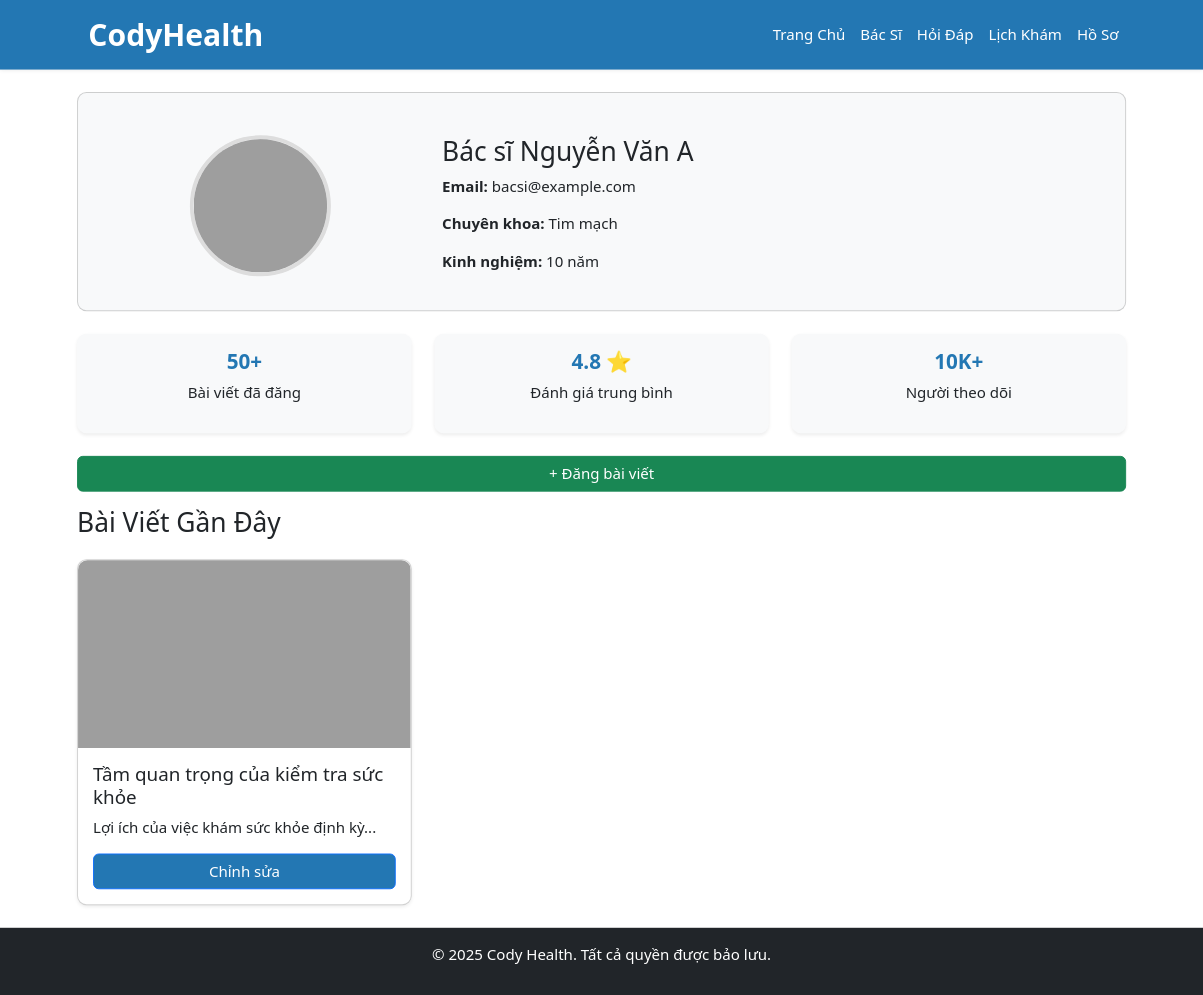
Repository: JonesKhaii/CodySocial
Page: tests/web-test/account.html
An editor plug-in stored every save of this project. The page is shown before and after the next save, followed by the edit.
The browser window is 1280 px wide. The pictures show the whole page, at 94% of full size.
Pictures or frames that could not be fetched are drawn as grey boxes.

Above is the page before, as saved 2025-02-10 02:26:04.

### tests/web-test/account.html
<!DOCTYPE html>
<html lang="vi">
    <head>
        <title>Hồ Sơ Bác Sĩ</title>
        <meta charset="UTF-8" />
        <meta name="viewport" content="width=device-width, initial-scale=1.0" />
        <link
            href="https://cdn.jsdelivr.net/npm/bootstrap@5.2.3/dist/css/bootstrap.min.css"
            rel="stylesheet"
        />
        <link rel="stylesheet" href="asset/css/mystyle.css" />
        <script src="https://code.jquery.com/jquery-3.6.1.min.js"></script>
    </head>

    <body>
        <header
            class="navbar navbar-expand-lg navbar-light bg-primary shadow-sm"
        >
            <div class="container">
                <a class="navbar-brand fs-2 text-white" href="index.html"
                    >CodyHealth</a
                >
                <button
                    class="navbar-toggler"
                    type="button"
                    data-bs-toggle="collapse"
                    data-bs-target="#navbarNav"
                >
                    <span class="navbar-toggler-icon"></span>
                </button>
                <div class="collapse navbar-collapse" id="navbarNav">
                    <ul class="navbar-nav ms-auto">
                        <li class="nav-item">
                            <a class="nav-link text-white" href="index.html"
                                >Trang Chủ</a
                            >
                        </li>
                        <li class="nav-item">
                            <a class="nav-link text-white" href="#">Bác Sĩ</a>
                        </li>
                        <li class="nav-item">
                            <a class="nav-link text-white" href="#">Hỏi Đáp</a>
                        </li>
                        <li class="nav-item">
                            <a class="nav-link text-white" href="#"
                                >Lịch Khám</a
                            >
                        </li>
                        <li class="nav-item">
                            <a class="nav-link text-white active" href="#"
                                >Hồ Sơ</a
                            >
                        </li>
                    </ul>
                </div>
            </div>
        </header>

        <div class="container mt-4">
            <!-- Hồ sơ bác sĩ -->
            <div class="card profile-card p-4 mb-4">
                <div class="row">
                    <div class="col-md-4 text-center">
                        <img
                            src="asset/images/doctor.jpg"
                            class="profile-img rounded-circle"
                            alt="Bác sĩ"
                        />
                    </div>
                    <div class="col-md-8">
                        <h3>Bác sĩ Nguyễn Văn A</h3>
                        <p><strong>Email:</strong> bacsi@example.com</p>
                        <p><strong>Chuyên khoa:</strong> Tim mạch</p>
                        <p><strong>Kinh nghiệm:</strong> 10 năm</p>
                    </div>
                </div>
            </div>

            <!-- Thống kê nhanh -->
            <div class="row mb-4">
                <div class="col-md-4">
                    <div class="stat-card shadow-sm p-3 text-center">
                        <h4>50+</h4>
                        <p>Bài viết đã đăng</p>
                    </div>
                </div>
                <div class="col-md-4">
                    <div class="stat-card shadow-sm p-3 text-center">
                        <h4>4.8 ⭐</h4>
                        <p>Đánh giá trung bình</p>
                    </div>
                </div>
                <div class="col-md-4">
                    <div class="stat-card shadow-sm p-3 text-center">
                        <h4>10K+</h4>
                        <p>Người theo dõi</p>
                    </div>
                </div>
            </div>

            <!-- Nút đăng bài -->
            <button id="togglePostForm" class="btn btn-success w-100 mb-3">
                + Đăng bài viết
            </button>

            <!-- Form đăng bài viết (Ẩn mặc định) -->
            <div
                id="postArticleSection"
                class="card p-4 mb-4"
                style="display: none"
            >
                <h3>Đăng bài viết mới</h3>
                <form id="postArticleForm">
                    <div class="mb-3">
                        <label for="articleTitle" class="form-label"
                            >Tiêu đề bài viết</label
                        >
                        <input
                            type="text"
                            class="form-control"
                            id="articleTitle"
                            required
                        />
                    </div>
                    <div class="mb-3">
                        <label for="articleCategory" class="form-label"
                            >Chuyên mục</label
                        >
                        <select class="form-select" id="articleCategory">
                            <option>Sức khỏe tổng quát</option>
                            <option>Tim mạch</option>
                            <option>Dinh dưỡng</option>
                        </select>
                    </div>
                    <div class="mb-3">
                        <label for="articleImage" class="form-label"
                            >Hình ảnh</label
                        >
                        <input
                            type="file"
                            class="form-control"
                            id="articleImage"
                        />
                    </div>
                    <div class="mb-3">
                        <label for="articleContent" class="form-label"
                            >Nội dung</label
                        >
                        <textarea
                            class="form-control"
                            id="articleContent"
                            rows="4"
                            required
                        ></textarea>
                    </div>
                    <button type="submit" class="btn btn-success">
                        Đăng bài viết
                    </button>
                </form>
            </div>

            <!-- Danh sách bài viết gần đây -->
            <h3 class="mb-3">Bài Viết Gần Đây</h3>
            <div class="row" id="DoctorArticles">
                <div class="col-md-4">
                    <div class="card shadow-sm">
                        <img
                            src="asset/images/post/article1.jpg"
                            class="card-img-top"
                            alt="Bài viết 1"
                        />
                        <div class="card-body">
                            <h5 class="card-title">
                                Tầm quan trọng của kiểm tra sức khỏe
                            </h5>
                            <p class="card-text">
                                Lợi ích của việc khám sức khỏe định kỳ...
                            </p>
                            <button class="btn btn-primary w-100">
                                Chỉnh sửa
                            </button>
                        </div>
                    </div>
                </div>
            </div>
        </div>

        <footer class="footer text-white text-center mt-4 p-3 bg-dark">
            <p>© 2025 Cody Health. Tất cả quyền được bảo lưu.</p>
        </footer>

        <script src="asset/js/main.js"></script>
    </body>
</html>

### tests/web-test/asset/css/mystyle.css
.btn-primary {
    background-color: #2377b3 !important;
}
header.bg-primary {
    background-color: #2377b3 !important;
}
.navbar-toggler {
    border-color: #fff; /* Đổi màu viền thành trắng */
}

.navbar-toggler-icon {
    filter: invert(1); /* Đảo màu từ đen sang trắng */
}

/*General*/
h1 {
    color: #05223c;
    font-weight: bold;
}

h4 {
    color: #05223c;
    font-weight: bold;
}

.container-fluid {
    margin-top: 4%;
    margin-bottom: 2%;
}

.col-4 > p {
    margin-top: 3%;
    margin-bottom: 1%;
}

.col-4 > p > ol {
    margin-bottom: 1%;
}

.row {
    margin-top: 2% !important;
}

.col-12 > h1 {
    text-align: center;
}
/*End General*/

/*Header*/
header > .navbar {
    padding: 0px;
    border-top: 10px solid #747474;
    border-bottom: 10px solid #747474;
}

.Header {
    background-color: #747474;
    padding: 0px;
    margin: 0px;
}

#navbarSupportedContent {
    flex-grow: 0;
}

.navbar-toggler {
    margin-right: 12px;
    float: right;
}
header .navbar-brand {
    font-weight: 700;
    margin-left: 12px;
    width: 40px;
}
/*End Header*/

/* Dãy banner nhỏ */
.small-banner {
    width: 100%;
    height: 120px;
    object-fit: cover;
    border-radius: 10px;
    transition: transform 0.3s ease-in-out;
}

.small-banner:hover {
    transform: scale(1.05);
}

/*Body*/
form.nosubmit {
    border: none;
    padding: 0;
}

input.nosubmit {
    border-radius: 10px;
    width: 98%;
    border: 1px solid #555;
    display: block;
    padding: 9px 4px 9px 40px;
    background: transparent
        url("data:[embedded picture, 348 characters]")
        no-repeat 13px center;
}

#Ordem > option,
#Genero > option {
    text-align: left;
}

#Ordem,
#Genero {
    margin-right: 4%;
    float: right;
    border: 1px solid black;
    color: #5b5b5b;
    font-weight: bold;
}

#Games > div > img {
    width: 100%;
    height: 250px;
}

#Games > div {
    margin-top: 2%;
}

#Games > div > a {
    margin-top: 1.5%;
    color: black;
    text-decoration: none;
    font-size: 1.25rem;
    margin-top: 0;
    margin-bottom: 0.5rem;
    font-weight: 500;
    line-height: 1.2;
}

#Games > div > a:hover {
    color: gray;
}

#Publisher > div > img {
    width: 100%;
    height: 250px;
}

#Desc > img {
    height: 450px;
}

/* Ảnh của bài viếtviết */

.card {
    border-radius: 10px;
    transition: transform 0.3s ease-in-out;
}

.card:hover {
    transform: scale(1.03);
}

.card-img-top {
    height: 200px;
    object-fit: cover;
    border-top-left-radius: 10px;
    border-top-right-radius: 10px;
}

/* Tác giả nổi bật */
#PopularAuthors {
    display: flex;
    flex-wrap: wrap;
    justify-content: center;
}

.author-card {
    background-color: #f8f9fa;
    border-radius: 10px;
    padding: 15px;
    text-align: center;
    margin: 10px;
    transition: transform 0.3s ease-in-out;
    width: 220px;
}

.author-card:hover {
    transform: scale(1.05);
}

.author-card img {
    width: 80px;
    height: 80px;
    border-radius: 50%;
    margin-bottom: 10px;
}

.author-card h5 {
    font-size: 18px;
    font-weight: bold;
}

.author-card p {
    font-size: 14px;
    color: #6c757d;
}

/*Footer*----------------------------------------------------------------------------------------------------------/
/* Footer */
.footer {
    background-color: #2377b3; /* Màu xanh chủ đạo */
    padding: 30px 0;
    font-size: 16px;
}

/* Tiêu đề */
.footer h4 {
    font-size: 20px;
    font-weight: bold;
    margin-bottom: 10px;
}

/* Mạng xã hội */
.social-icons a {
    display: inline-block;
    margin: 0 10px;
    transition: transform 0.3s ease-in-out;
}

.social-icons img {
    width: 30px;
    height: 30px;
}

.social-icons a:hover {
    transform: scale(1.2);
}

/* Bản quyền */
.copyright {
    border-top: 1px solid rgba(255, 255, 255, 0.2);
    padding-top: 15px;
    font-size: 14px;
}

/* Hồ sơ bác sĩ */
.profile-card {
    border-radius: 10px;
    background-color: #f8f9fa;
}
.profile-img {
    width: 150px;
    height: 150px;
    object-fit: cover;
    border: 4px solid #ddd;
}

/* Bài viết đã đăng */
/* Hồ sơ bác sĩ */
.profile-card {
    border-radius: 10px;
    background-color: #f8f9fa;
}
.profile-img {
    width: 150px;
    height: 150px;
    object-fit: cover;
    border: 4px solid #ddd;
}

/* Thống kê nhanh */
.stat-card {
    border-radius: 10px;
    background-color: #f8f9fa;
}
.stat-card h4 {
    font-size: 22px;
    font-weight: bold;
    color: #2377b3;
}

/* Hiệu ứng card */
.card {
    transition: transform 0.3s ease-in-out;
}
.card:hover {
    transform: scale(1.03);
}

/* RESPONSIVE ----------------------------------------------------------------------------------------------------------------*/
@media (max-width: 1200px) {
    #Games > div > img {
        height: 180px;
    }
    #Publisher > div > img {
        height: 180px;
    }
}

@media (max-width: 1065px) {
    #Desc > img {
        height: 450px;
    }
}

@media (max-width: 990px) {
    #Desc > img {
        height: 370px;
    }
}

@media (max-width: 768px) {
    #Games > div > img {
        height: 250px;
    }
    #Publisher > div > img {
        height: 250px;
    }
    #Desc > img {
        height: 270px;
    }
}

@media (max-width: 610px) {
    #Desc > img {
        height: 230px;
    }
}

@media (max-width: 450px) {
    #Games > div > img {
        height: 180px;
    }
    #Publisher > div > img {
        height: 180px;
    }
    #Desc > img {
        height: 180px;
    }
}

@media (max-width: 350px) {
    #Desc > img {
        height: 140px;
    }
}

@media (max-width: 990px) {
    #About > div > div > div > #Ico {
        width: 6%;
    }
    #About > div > div > div > #Social {
        width: 8%;
    }
}

@media (max-width: 760px) {
    #About > div > div > div > #Ico {
        width: 8%;
    }
    #About > div > div > div > #Social {
        width: 10%;
    }
}

footer {
    background-color: #b2b2b2;
    font-size: small;
    width: 100%;
}

footer > div > img {
    float: right;
    padding-right: 15px;
}
/*Fim Footer*/

### tests/web-test/asset/js/main.js
$(document).ready(function () {
    loadArticles(false, window.screen.width);
});

// Biến đếm số trang để tải thêm bài viết
var countArticles = 1;

// Sự kiện khi nhấn nút "Tải thêm bài viết"
$("#PlusArticles").click(function () {
    countArticles += 1;
    loadArticles(false, window.screen.width);
});

// Sự kiện khi nhấn nút "Thu gọn bài viết"
$("#CollapseArticles").click(function () {
    countArticles = 1;
    loadArticles(true, window.screen.width);
    $("#CollapseArticles").hide(); // Ẩn nút "Thu gọn bài viết" sau khi reset danh sách
});

// Sự kiện thay đổi thể loại bài viết
$("#Genero").on('change', function () {
    countArticles = 1;
    loadArticles(true, window.screen.width);
});

// Sự kiện tìm kiếm bài viết
$('#Pesquisar').on('input', function () {
    countArticles = 1;
    loadArticles(true, window.screen.width);
});

// Hàm tải bài viết từ file JSON
function loadArticles(clearArticles, w_width) {
    if (clearArticles) {
        $("#Articles").empty();
        countArticles = 1; // Reset số trang khi tìm kiếm hoặc lọc thể loại
    }

    $.getJSON("asset/js/articles.json", function (data) {
        let selectedCategory = $("#Genero option:selected").text(); // Lấy thể loại được chọn

        // Nếu không phải "Tất cả", lọc bài viết theo thể loại
        if (selectedCategory !== "Tất cả") {
            data = data.filter(article => article.category === selectedCategory);
        }

        let startIndex = (countArticles - 1) * 6; // Lấy tiếp 6 bài mới khi tải thêm
        let articlesToShow = data.slice(startIndex, startIndex + 6);

        articlesToShow.forEach(article => {
            let articleHtml = `
                <div class="col-md-4">
                    <div class="card mb-3 shadow-sm mt-3">
                        <img src="${article.image}" class="card-img-top" alt="${article.title}">
                        <div class="card-body">
                            <h5 class="card-title">${article.title}</h5>
                            <h6 class="card-subtitle mb-2 text-muted">${article.category}</h6>
                            <p class="card-text">${article.content.substring(0, 100)}...</p>
                            <p class="card-text"><small class="text-muted">Tác giả: ${article.author} - ${article.published_date}</small></p>
                            <a href="article-detail.html?id=${article.id}" class="btn btn-primary">Xem chi tiết</a>
                        </div>
                    </div>
                </div>
            `;
            $("#Articles").append(articleHtml);
        });

        // Ẩn nút "Tải thêm bài viết" nếu không còn bài mới
        if (startIndex + 6 >= data.length) {
            $("#PlusArticles").hide();
        } else {
            $("#PlusArticles").show();
        }

        // Hiển thị nút "Thu gọn bài viết" nếu có nhiều bài viết
        if (countArticles > 1) {
            $("#CollapseArticles").show();
        } else {
            $("#CollapseArticles").hide();
        }
    }).fail(function () {
        console.error("Không thể tải dữ liệu từ articles.json");
    });
}

// Hàm xác định số cột hiển thị dựa trên kích thước màn hình
function getColumnSize(w_width) {
    if (w_width <= 768) return 12;  // 1 cột trên màn hình nhỏ
    if (w_width > 768 && w_width <= 990) return 6; // 2 cột trên màn hình trung bình
    return 4; // 3 cột trên màn hình lớn
}

// Hàm điều chỉnh bố cục khi thay đổi kích thước cửa sổ
function adjustLayout(width) {
    $('#Articles').children().each(function () {
        $(this).attr('class', `col-${getColumnSize(width)}`);
    });
}

// Tải danh sách tác giả
document.addEventListener("DOMContentLoaded", function () {
    loadPopularAuthors();
});

function loadPopularAuthors() {
    fetch("asset/js/authors.json")
        .then(response => response.json())
        .then(authors => {
            const authorsContainer = document.getElementById("PopularAuthors");
            authorsContainer.innerHTML = "";

            authors.forEach(author => {
                const authorCard = `
                    <div class="col-md-3">
                        <a href="author-detail.html?id=${author.id}" class="text-decoration-none text-dark">
                            <div class="card shadow-sm p-3 text-center author-card">
                                <img src="${author.image}" alt="${author.name}" class="rounded-circle mb-2" style="width: 80px; height: 80px;">
                                <h5>${author.name}</h5>
                                <p class="text-muted">${author.field}</p>
                            </div>
                        </a>
                    </div>
                `;
                authorsContainer.innerHTML += authorCard;
            });
        })
        .catch(error => console.error("Không thể tải dữ liệu từ authors.json", error));
}


// Form đăng bài viết
$(document).ready(function () {
    $("#togglePostForm").click(function () {
        $("#postArticleSection").slideToggle();
    });
});

### tests/web-test/asset/js/authors.json
[
    {
        "id": 1,
        "name": "Bác sĩ Nguyễn Văn A",
        "field": "Chuyên gia Tim mạch",
        "image": "asset/images/users/doctor1.jpeg"
    },
    {
        "id": 2,
        "name": "Bác sĩ Trần Thị B",
        "field": "Chuyên gia Dinh dưỡng",
        "image": "asset/images/users/doctor1.jpeg"
    },
    {
        "id": 3,
        "name": "Bác sĩ Lê Hồng C",
        "field": "Bác sĩ Nội khoa",
        "image": "asset/images/users/doctor1.jpeg"
    },
    {
        "id": 4,
        "name": "Giáo sư Phạm Văn D",
        "field": "Nghiên cứu Y tế",
        "image": "asset/images/users/doctor1.jpeg"
    },
    {
        "id": 5,
        "name": "Tiến sĩ Hoàng Minh E",
        "field": "Chuyên gia Bệnh truyền nhiễm",
        "image": "asset/images/users/doctor1.jpeg"
    },
    {
        "id": 6,
        "name": "Bác sĩ Lê Văn F",
        "field": "Chăm sóc người cao tuổi",
        "image": "asset/images/users/doctor1.jpeg"
    },
    {
        "id": 7,
        "name": "Bác sĩ Nguyễn Thị G",
        "field": "Chuyên gia Sức khỏe phụ nữ",
        "image": "asset/images/users/doctor1.jpeg"
    },
    {
        "id": 8,
        "name": "Bác sĩ Phan Quốc H",
        "field": "Chuyên gia Sức khỏe nam giới",
        "image": "asset/images/users/doctor1.jpeg"
    }
]

Loaded but not shown: tests/web-test/asset/js/articles.json (137 lines, source omitted)

After the next save:
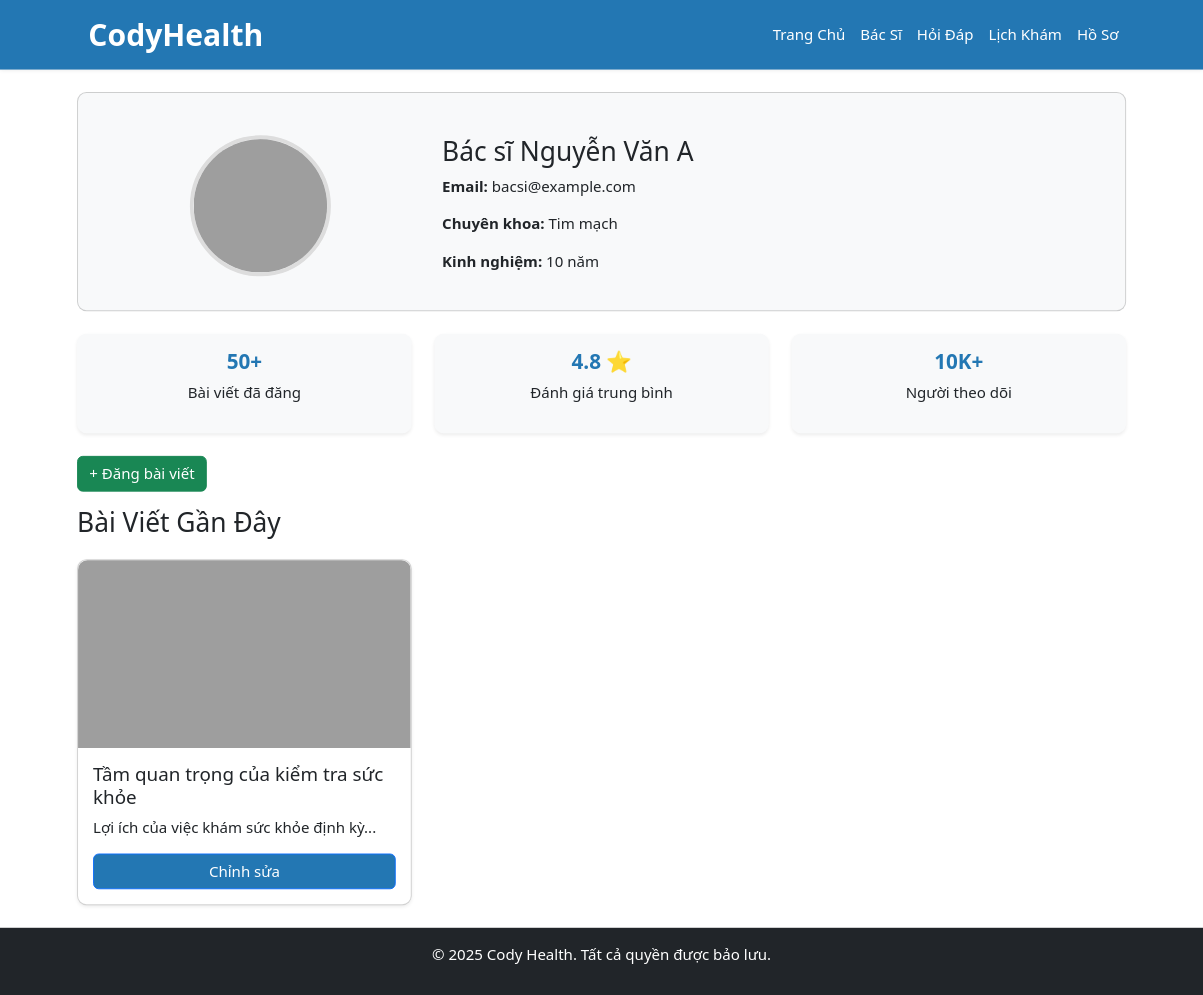
Saved 47 s later.
--- a/tests/web-test/account.html
+++ b/tests/web-test/account.html
@@ -99,7 +99,7 @@
             </div>
 
             <!-- Nút đăng bài -->
-            <button id="togglePostForm" class="btn btn-success w-100 mb-3">
+            <button id="togglePostForm" class="btn btn-success w-30 mb-3">
                 + Đăng bài viết
             </button>
 
